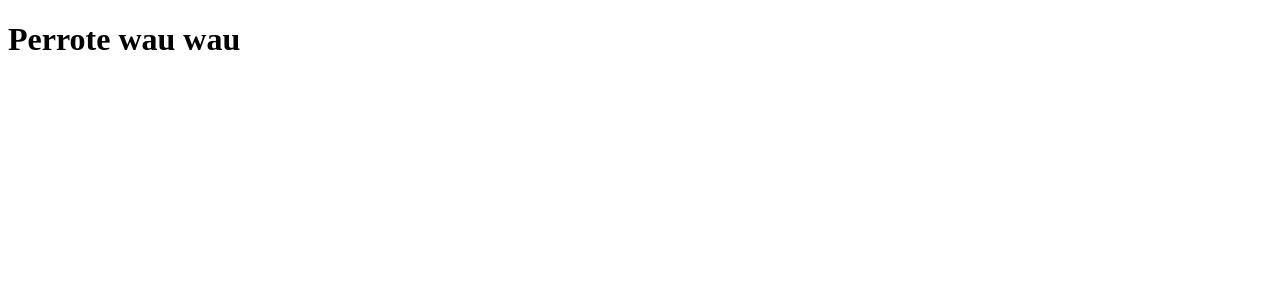
Repository: EmmaKellyJones/MyWeb
Page: web.html
An editor plug-in stored every save of this project. The page is shown before and after the next save, followed by the edit.
The browser window is 1280 px wide. The pictures show the whole page.

Above is the page before, as saved 2023-04-15 01:59:54.

### web.html
<!DOCTYPE html>
<html lang="en">
<head>
    <meta charset="UTF-8">
    <meta http-equiv="X-UA-Compatible" content="IE=edge">
    <meta name="viewport" content="width=device-width, initial-scale=1.0">
    <title>Ejemplo</title>
</head>
<body>
    <div>
        <h1>
            Perrote wau wau
        </h1>
    </div>
</body>
</html>

After the next save:
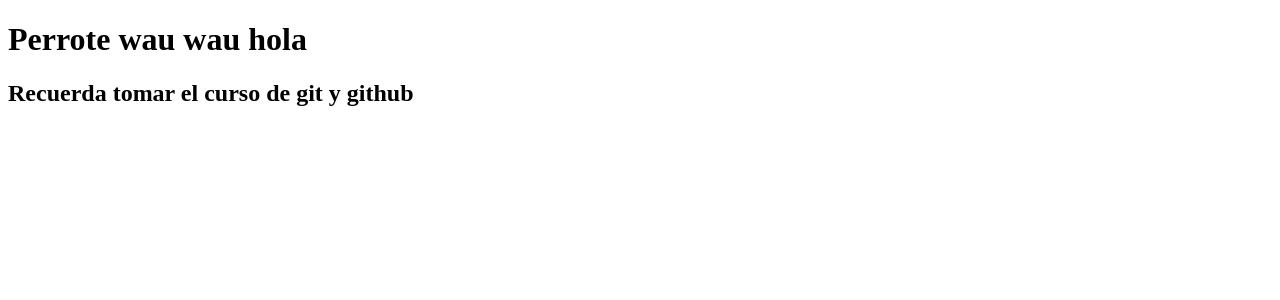
Saved 65 min 35 s later.
--- a/web.html
+++ b/web.html
@@ -9,8 +9,11 @@
 <body>
     <div>
         <h1>
-            Perrote wau wau
+            Perrote wau wau hola
         </h1>
+        <h2>
+            Recuerda tomar el curso de git y github
+        </h2>
     </div>
 </body>
 </html>
